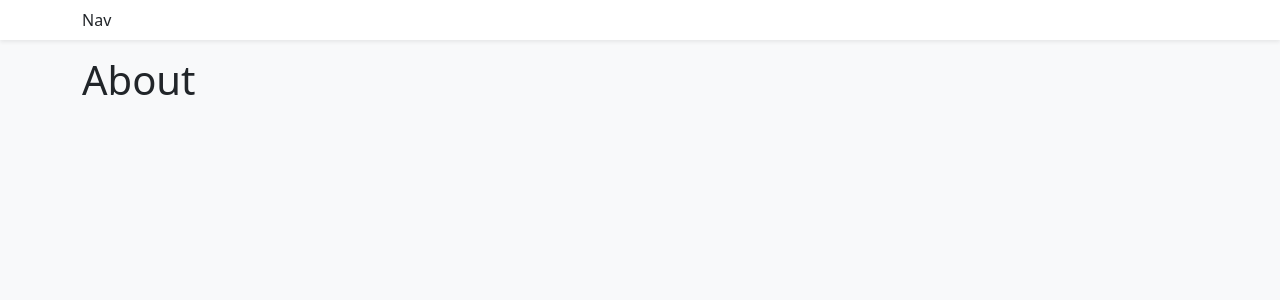
Repository: kurtveil/react-ecommerce
Page: /about
The author's editor kept a copy of each file at every save. The page is drawn from the files as they stood at one save, then again after the next save.
The browser window is 1280 px wide. The pictures show the whole page.
The project was rebuilt for these pictures with package versions that can differ from the ones it lists, and the page was loaded fresh each time. Also part of the build but not shown: vite.config.ts, src/pages/Home.tsx, src/pages/Store.tsx.

Above is the page before, as saved 2023-07-12 19:30:53.

### src/main.tsx
import React from 'react'
import ReactDOM from 'react-dom/client'
import App from './App.tsx'
import "bootstrap/dist/css/bootstrap.min.css";
import { BrowserRouter } from 'react-router-dom';

ReactDOM.createRoot(document.getElementById('root')!).render(
  <React.StrictMode>
    <BrowserRouter>
      <App />
    </BrowserRouter>
  </React.StrictMode>,
)

### src/App.tsx
import { Routes, Route } from "react-router-dom";
import { Container } from "react-bootstrap";
import Home from "./pages/Home";
import Store from "./pages/Store";
import About from "./pages/About";
import Navbar from "./components/Navbar";
function App() {

  return (
    <>
    <Navbar/>
      <Container className="mb-4">
        <Routes>
          <Route path="/" element={<Home />} />
          <Route path="/store" element={<Store />} />
          <Route path="/about" element={<About />} />
        </Routes>
      </Container>
    </>
  )
}

export default App

### src/pages/About.tsx
import React from 'react'

export default function About() {
  return (
    <h1>About</h1>
  )
}

### src/components/Navbar.tsx
import {Container,Navbar as NavbarBs} from 'react-bootstrap';

export default function Navbar() {
  return (
    <NavbarBs className='bg-white shadow-sm mb-3'>
        <Container>Nav</Container>
    </NavbarBs>
  )
}

Loaded but not shown: index.html (common file)

After the next save:
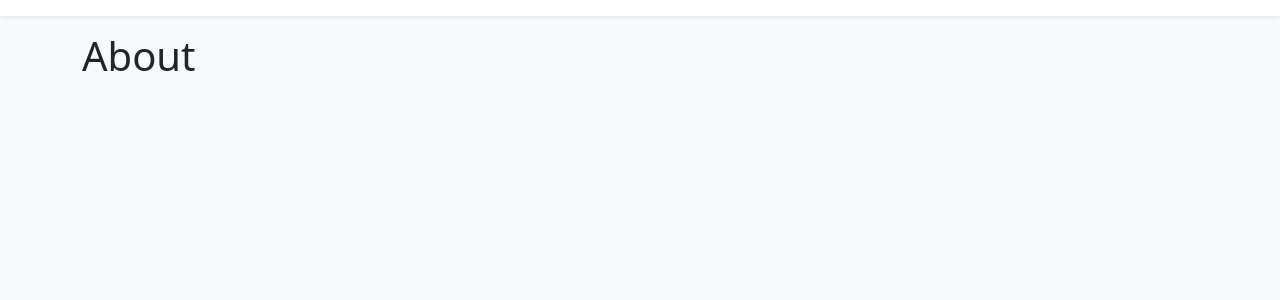
Saved 2 min 25 s later.
--- a/src/components/Navbar.tsx
+++ b/src/components/Navbar.tsx
@@ -1,9 +1,13 @@
-import {Container,Navbar as NavbarBs} from 'react-bootstrap';
+import {Container,Nav,Navbar as NavbarBs} from 'react-bootstrap';
 
 export default function Navbar() {
   return (
     <NavbarBs className='bg-white shadow-sm mb-3'>
-        <Container>Nav</Container>
+        <Container>
+            <Nav>
+
+            </Nav>
+        </Container>
     </NavbarBs>
   )
 }
